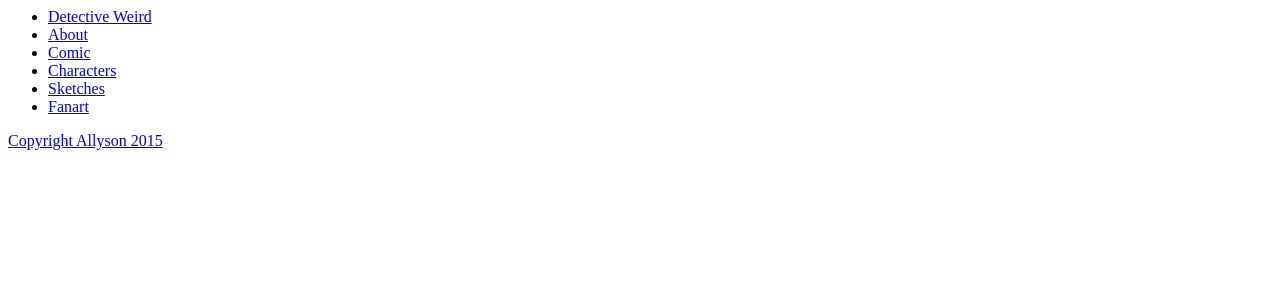
Repository: Prinnyoverlordally/detectiveweird.github.io
Page: _includes/footer.html
The author's editor kept a record of every edit. The page is drawn from the files as they stood at one moment, then again after the next edit.
The browser window is 1280 px wide. The pictures show the whole page.

Above is the page before.

### _includes/footer.html
<ul class="nav">
    <li>
        <a href="/">Detective Weird</a>
    </li>
    <li>
        <a href="/about/">About</a>
    </li>
    <li>
        <a href="/">Comic</a>
    </li>
    <li>
        <a href="/characters/">Characters</a>
    </li>
    <li>
        <a href="/">Sketches</a>
    </li>
    <li>
        <a href="/">Fanart
    </li>
</ul>
<div class="copyright">Copyright Allyson 2015</div>

After the next edit:
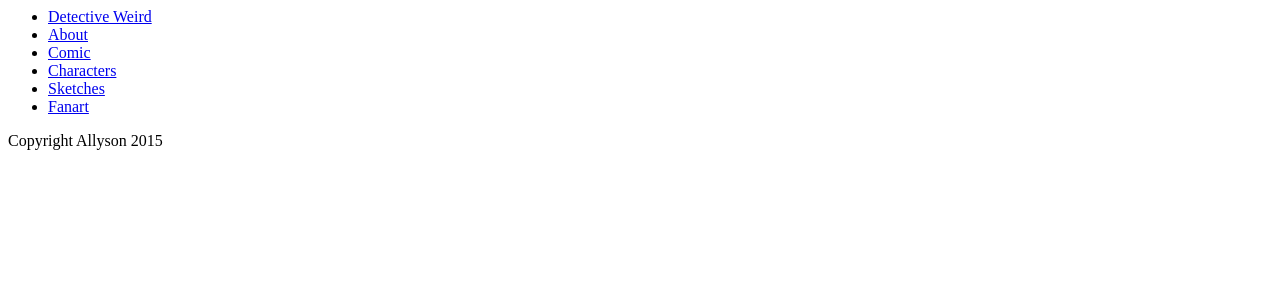
The edit:
--- a/_includes/footer.html
+++ b/_includes/footer.html
@@ -15,7 +15,7 @@
         <a href="/">Sketches</a>
     </li>
     <li>
-        <a href="/">Fanart
+        <a href="/">Fanart</a>
     </li>
 </ul>
 <div class="copyright">Copyright Allyson 2015</div>
